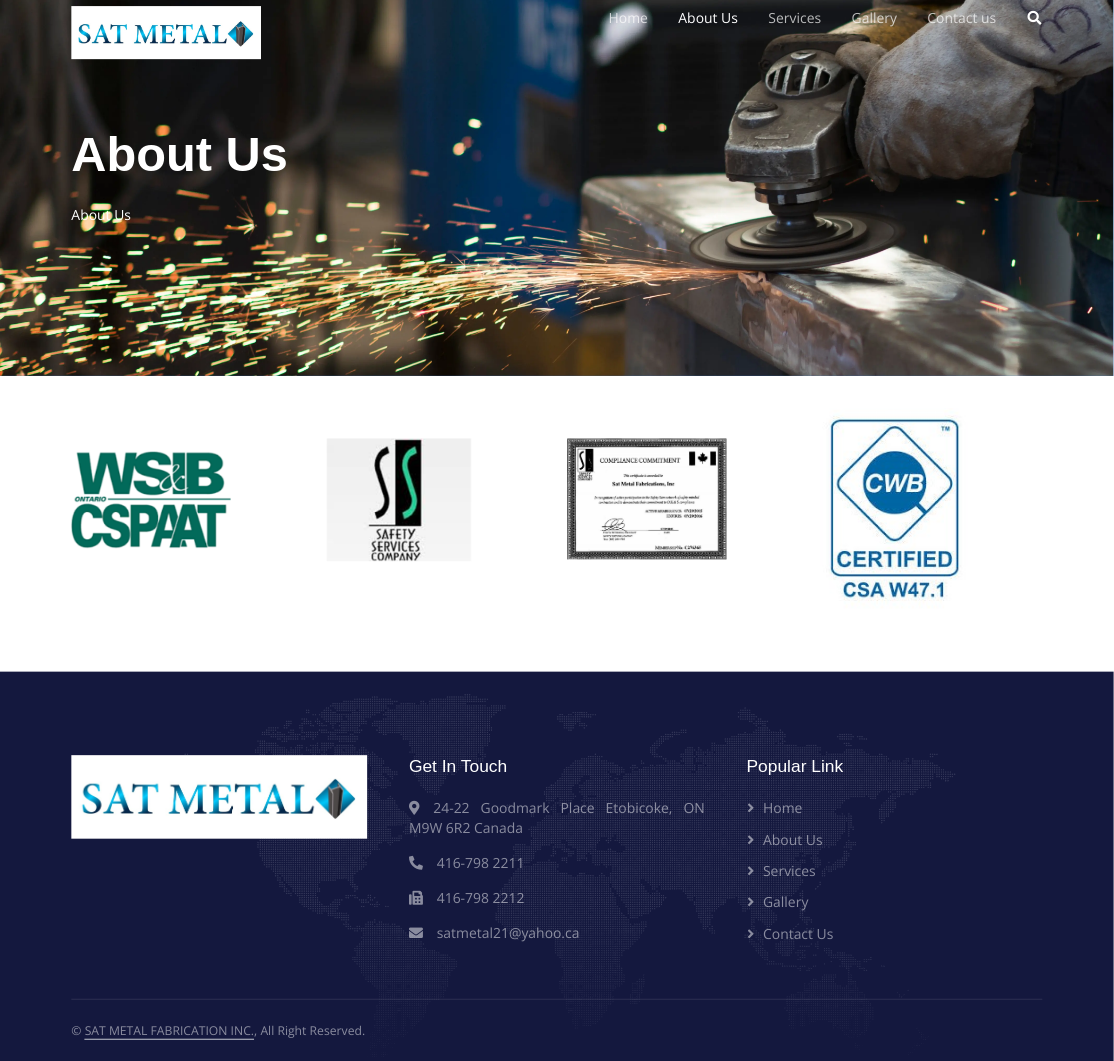
Repository: dzyte-services/satmetal
Page: http://localhost/about.php
The author's editor kept a copy of each file at every save. The page is drawn from the files as they stood at one save, then again after the next save.
The browser window is 1280 px wide. The pictures show the whole page, at 87% of full size.
Some web fonts or font styles are not loaded; a fallback is used. Some web libraries are served in a nearby version. The page is run by PHP 8.4 with error messages shown; the project is at /var/www/html/.

Above is the page before, as saved 2023-11-09 15:16:29.

After the next save:
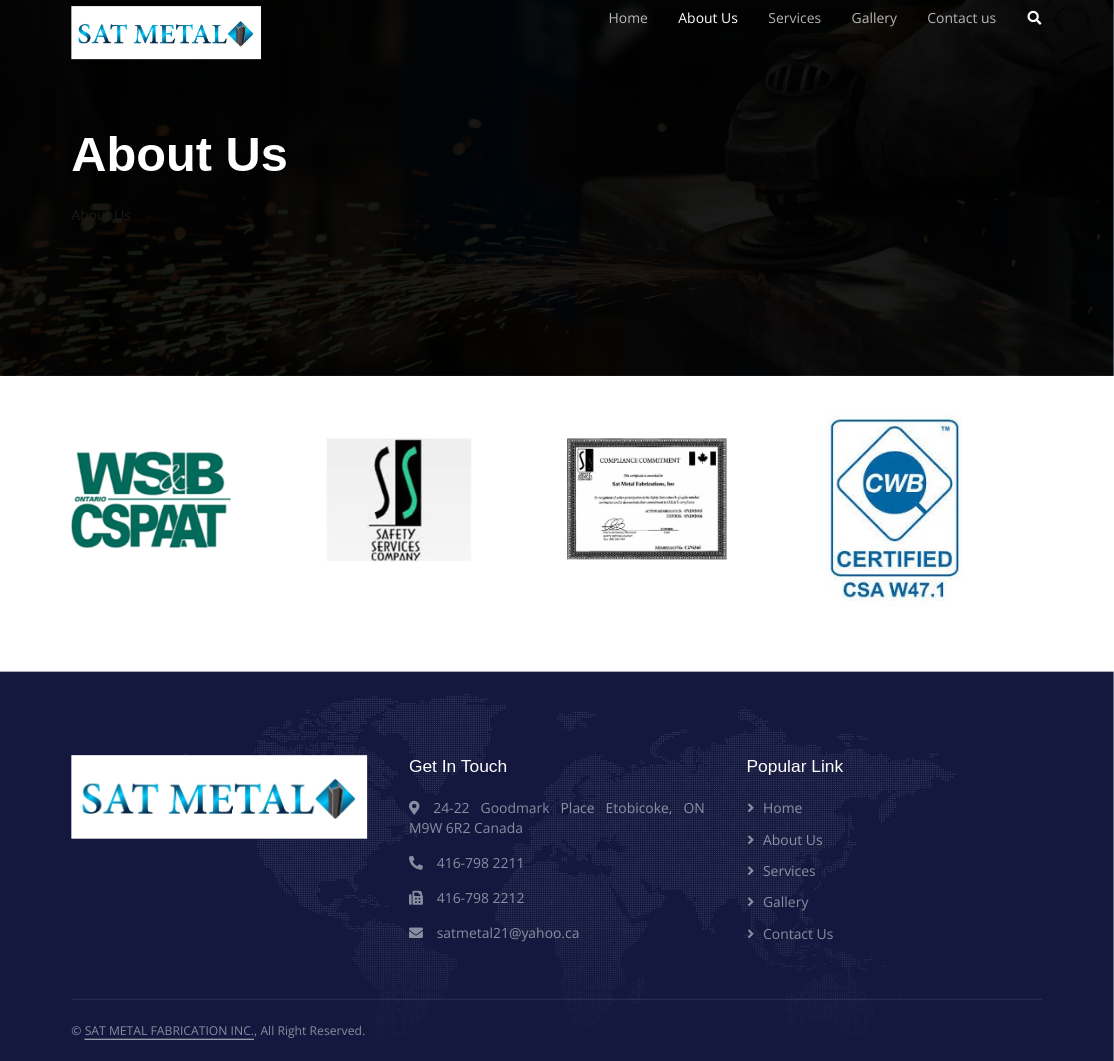
Saved 4 s later.
--- a/css/style.css
+++ b/css/style.css
@@ -162,7 +162,7 @@
     left: 0;
     width: 100%;
     height: 100%;
-    background: rgba(0, 0, 0, 0.0); /* Adjust the opacity as needed (0.5 for 50% opacity) */
+    background: rgba(0, 0, 0, 0.9); /* Adjust the opacity as needed (0.5 for 50% opacity) */
 }
 
 .hero-header .breadcrumb-item+.breadcrumb-item::before {
